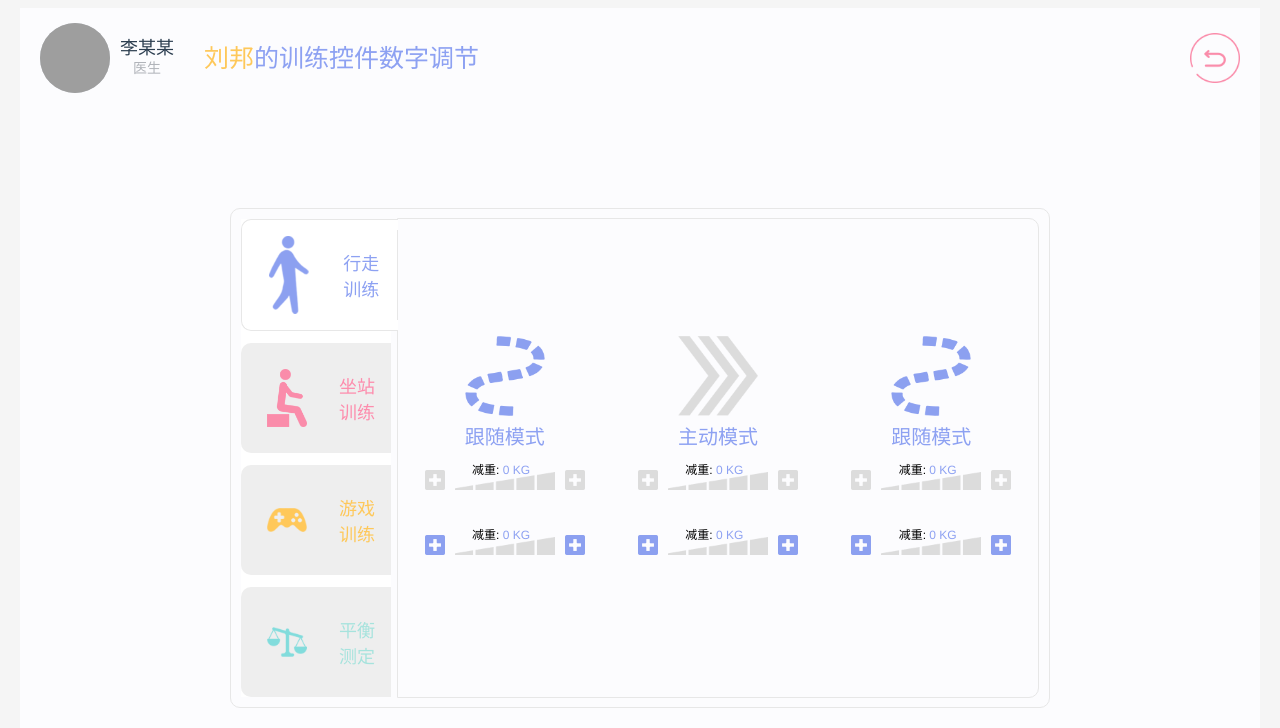
Repository: wangdanqing90/electron-vue-doctor
Page: /#/trainingAdjust
These files come from the project's save history. The page is drawn as it stood at one moment and after the next save; the edit follows.
The browser window is 1280 px wide. The pictures show the whole page.
Pictures or frames that could not be fetched are drawn as grey boxes. The project was rebuilt for these pictures with package versions that can differ from the ones it lists, and the page was loaded fresh each time. Also part of the build but not shown: vue.config.js, src/views/Home.vue, src/assets/styles/variable.scss, src/assets/styles/iconfont.css.

Above is the page before, as saved 2020-01-15 14:24:49.

After the next save:
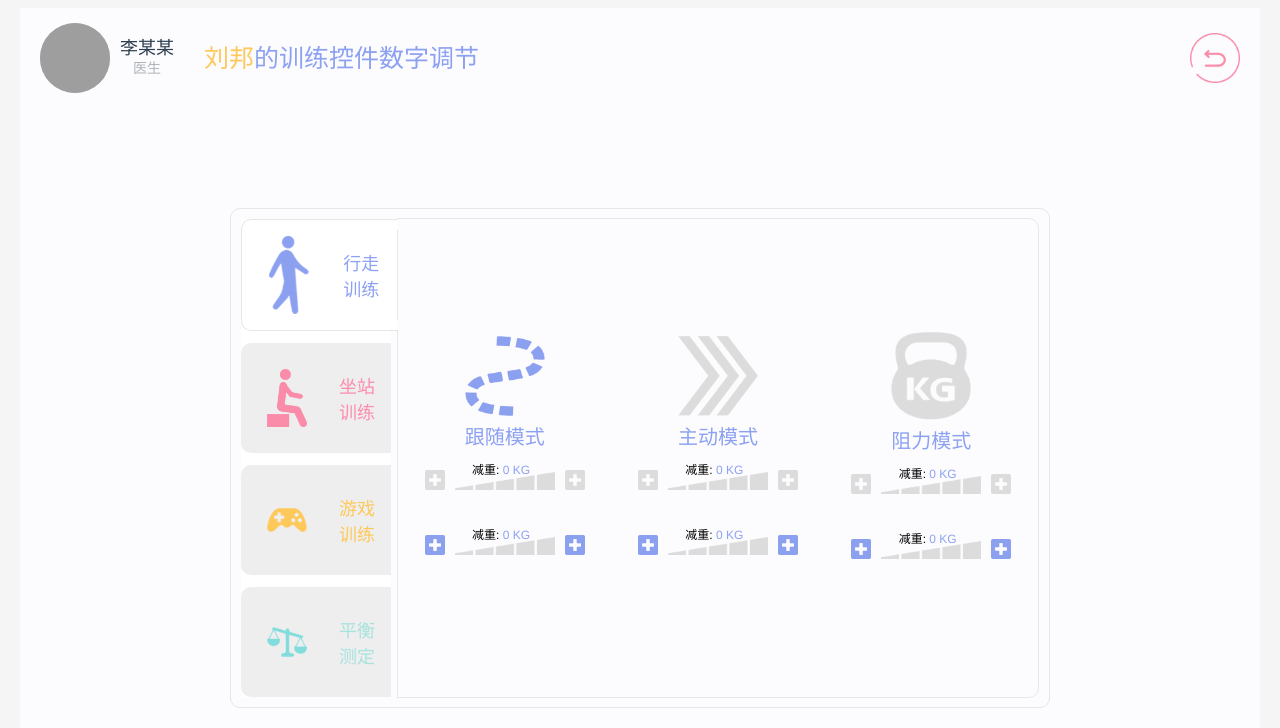
Saved 38 s later.
--- a/src/components/Adjust/AdjustContiner.vue
+++ b/src/components/Adjust/AdjustContiner.vue
@@ -92,11 +92,10 @@ export default {
         ]
       };
     } else if (this.type === 3) {
-      //跟随模式
       this.config = {
-        title: "跟随模式",
-        imgsrc: require("@/../images/followmode_1.png"),
-        imgsrcGray: require("@/../images/followmode_2.png"),
+        title: "阻力模式",
+        imgsrc: require("@/../images/resistancemode_2.png"),
+        imgsrcGray: require("@/../images/resistancemode_1.png"),
         width: "120px",
         fontColor: "purpleFontColor",
         adjusts: [
